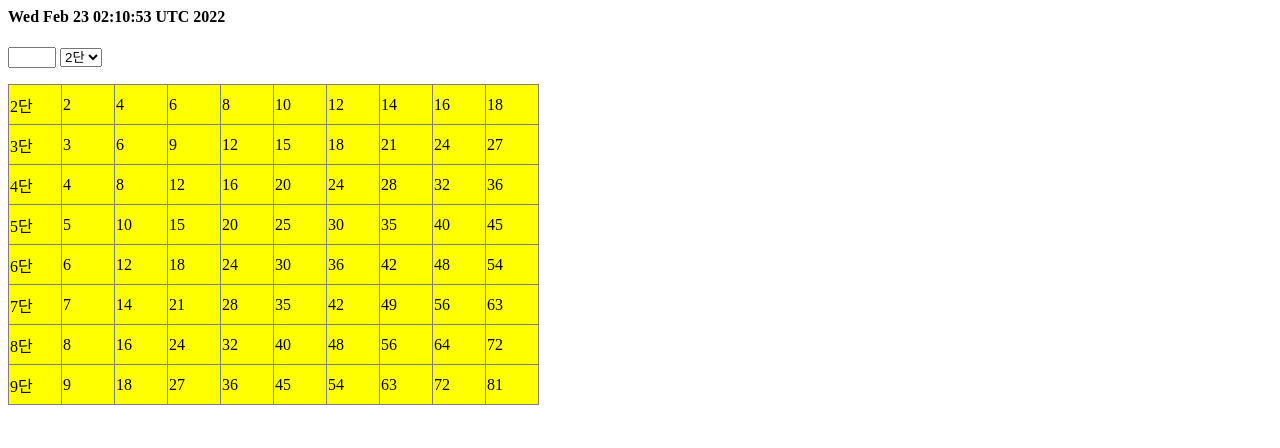
Repository: JavaJin96/kr.or.ddit.WebApp
Page: http://localhost/webStudy01/model2/gugudan.do
The author's editor kept a copy of each file at every save. The page is drawn from the files as they stood at one save, then again after the next save.
The browser window is 1280 px wide. The pictures show the whole page.
The page is served by Tomcat 9.

Above is the page before, as saved 2022-02-28 03:15:05.

After the next save:
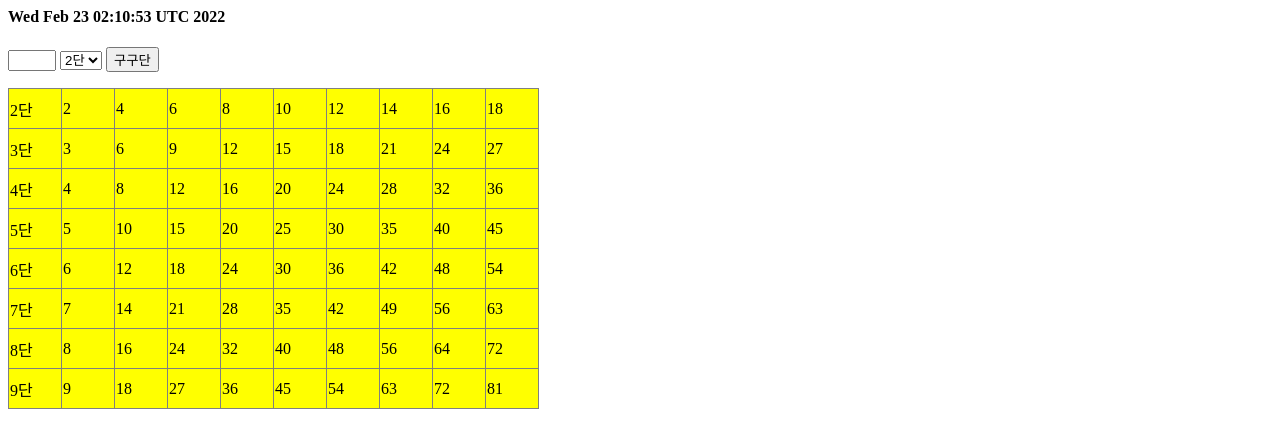
Saved 65 s later.
--- a/6.JspSpring/workspace/webStudy01/webapp/WEB-INF/views/gugudan.jsp
+++ b/6.JspSpring/workspace/webStudy01/webapp/WEB-INF/views/gugudan.jsp
@@ -23,6 +23,7 @@
 			<option value="<%=i%>"><%=i%>단</option>
 		<% 	} %>
 		</select>
+		<input type="submit" value="구구단">
 	</form>
 	<table border="1">
 		<%=request.getAttribute("gugudan")%>
